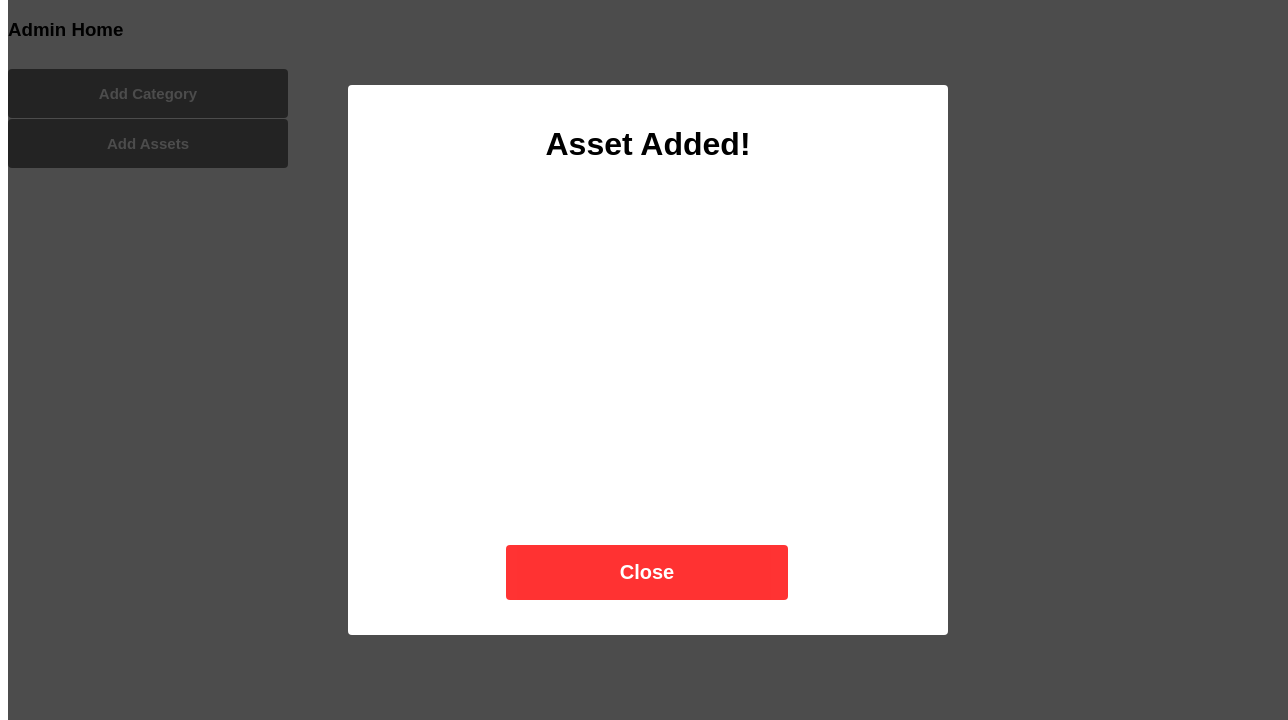
Repository: DhruvKaushal/CodeFury_404Found
Page: http://localhost/e-assets/assetadded.jsp
The author's editor kept a copy of each file at every save. The page is drawn from the files as they stood at one save, then again after the next save.
The browser window is 1280 px wide. The page is 1288 px wide, so the pictures cover 1288 px, including what lies to the right of the window. The pictures show the whole page.
The page is served by Tomcat 9. Other server files are loaded and not shown.

Above is the page before, as saved 2020-10-05 10:54:08.

### Aditya's New/E-Assets-Management/e-assets/WebContent/assetadded.jsp
<%@ page language="java" contentType="text/html; charset=ISO-8859-1"
    pageEncoding="ISO-8859-1"%>
<!DOCTYPE html>
<html>
<head>
<meta charset="ISO-8859-1">
<link rel="stylesheet" href="addassets.css">
<title>Insert title here</title>
</head>
<body>

	  <h3>Admin Home</h3>

  	<button class="open-type-button">Add Category</button>
 	<button class="open-assets-button">Add Assets</button>

    <div class="bg-modal2" id="myForm2">
        	<div class="modal-content">


            <h1>Asset Added!</h1>



             <button class="close-button" action="adminhome.jsp"><b>Close</b></button>


        </div>
    </div>






	<script>

	function closeForm1() {
  	document.getElementById("myForm1").style.display = "none";
	}

	function openForm2() {
  		document.getElementById("myForm2").style.display = "flex";
	}

	function closeForm2() {
  	document.getElementById("myForm2").style.display = "none";
	}
	</script>

</body>
</html>

### Aditya's New/E-Assets-Management/e-assets/WebContent/addassets.css
body {font-family: Arial, Helvetica, sans-serif;}
* {box-sizing: border-box;}

h1 {
    text-align:center;
}

.open-assets-button {
  background-color: #555;
  color: white;
  padding: 16px 20px;
  border-radius: 4px;
  border: none;
  cursor: pointer;
  opacity: 0.8;
  position: fixed;
  width: 280px;
  margin-top: 60px;
  font-weight: bold;
  font-size: 15px;
  display: inline-block;
}

.open-type-button {
  background-color: #555;
  color: white;
  padding: 16px 20px;
  border-radius: 4px;
  border: none;
  cursor: pointer;
  opacity: 0.8;
  position: fixed;
  width: 280px;
  margin-top: 10px;
  font-weight: bold;
  font-size: 15px;
  display: inline-block;
}

.close-button {
  background-color: red;
  color: white;
  padding: 16px 20px;
  border-radius: 4px;
  border: none;
  cursor: pointer;
  opacity: 0.8;
  width: 47%;
  position: absolute;
  bottom: 35px;
  font-size: 20px;
  margin-left: 23%;
  font-weight: bold;

  display:block;
}

.bg-modal {
	width: 100%;
	height: 100%;
	background-color: rgba(0,0,0,0.7);
	position: absolute;;
	top: 0;
	display: flex;
	justify-content: center;
	align-items: center;
	display: none;

}

.bg-modal2 {
	width: 100%;
	height: 100%;
	background-color: rgba(0,0,0,0.7);
	position: absolute;;
	top: 0;
	display: flex;

	justify-content: center;
	align-items: center;


}

.modal-content {
	width: 600px;
	height: 550px;
	background-color: white;
	border-radius: 4px;
	padding: 20px;
	position: relative;
}



input{
  width: 100%;
  padding: 15px;
  margin: 5px 0 22px 0;
  border: none;
  background: #f1f1f1;
}


.btn {
  background-color: #1686d9;
  color: white;
  border-radius: 4px;
  padding: 16px 20px;
  border: none;
  cursor: pointer;
  width: 50%;
  margin-top: 20px;
  margin: auto;
  opacity: 0.8;
  font-size: 20px;

  display:block;

}


.btn:hover, .open-assets-button:hover, .open-type-button:hover {
  opacity: 1;
}

.close {
	position: absolute;
	top: 0;
	right: 10px;
	font-size: 38px;
	color: #333;
	transform: rotate(45deg);
	cursor: pointer;
}

.close:hover {
		color: #666;
	}

After the next save:
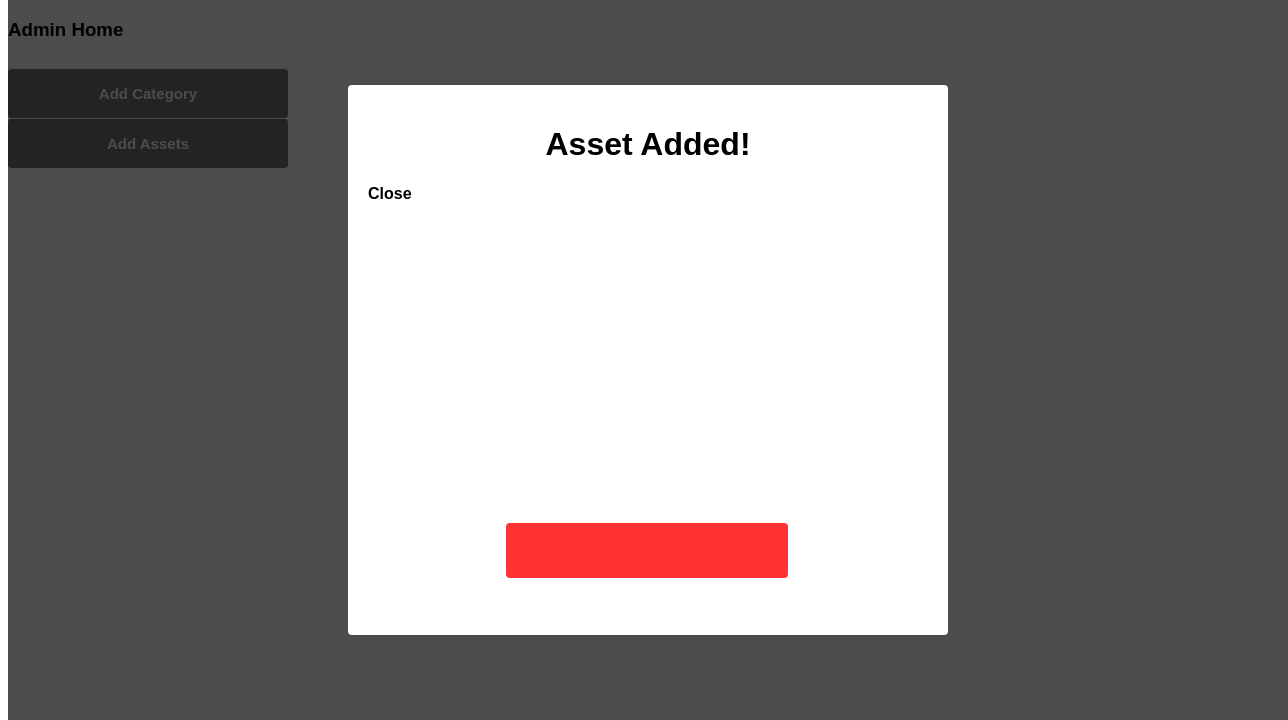
Saved 69 s later.
--- a/Aditya's New/E-Assets-Management/e-assets/WebContent/assetadded.jsp
+++ b/Aditya's New/E-Assets-Management/e-assets/WebContent/assetadded.jsp
@@ -22,7 +22,7 @@
 
 
 
-             <button class="close-button" action="adminhome.jsp"><b>Close</b></button>
+             <input type="button" class="close-button" action="adminhome.jsp"><b>Close</b>
 
 
         </div>
